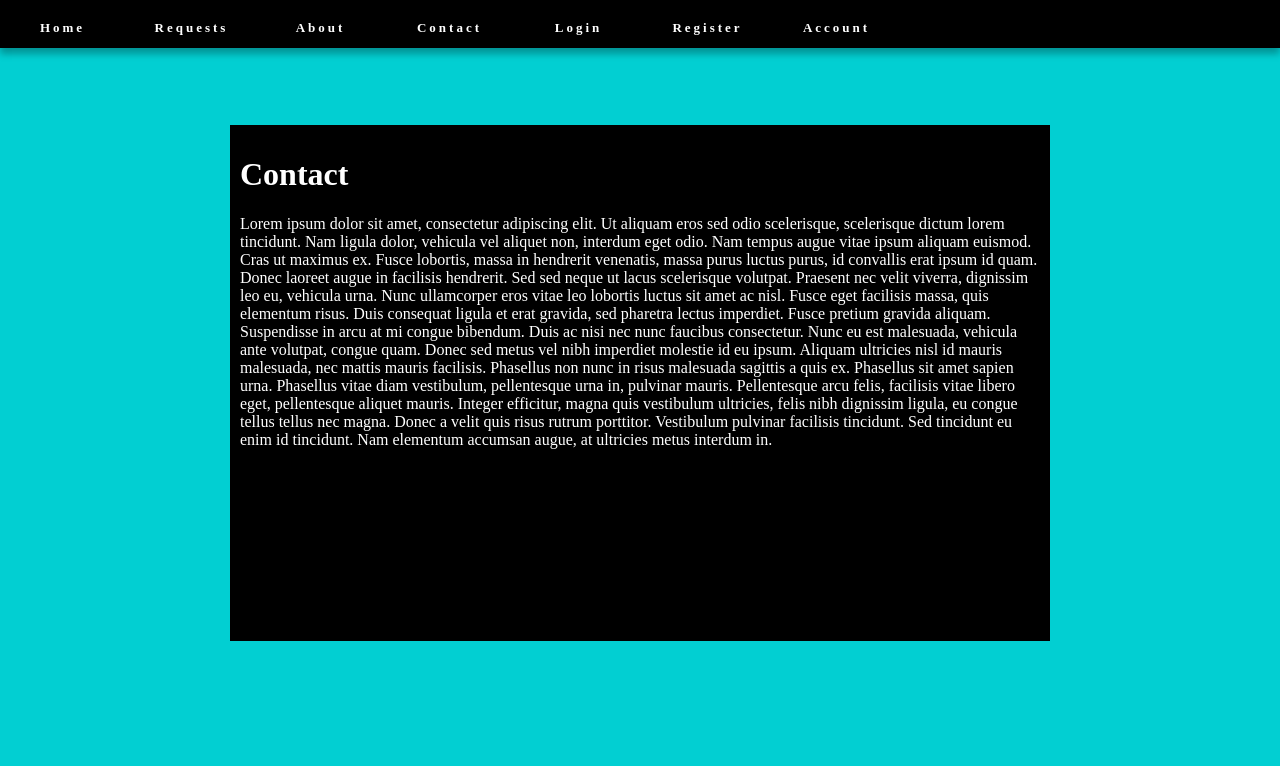
Repository: mailog/Tomorrow
Page: http://localhost/contact
These files come from the project's save history. The page is drawn as it stood at one moment and after the next save; the edit follows.
The browser window is 1280 px wide. The pictures show the whole page.
The page is this project's Thymeleaf template; nobody is signed in. The template is opened directly, without the code that normally fills it, so the values that code supplies are empty.

Above is the page before, as saved 2017-07-30 03:46:35.

### Tomorrow/src/main/resources/templates/contact.html
<html xmlns:th="http://www.thymeleaf.org">
<head>
<title>Contact</title>
<link rel="stylesheet" type="text/css" href="/css/toolbar.css" />
<link rel="stylesheet" type="text/css" href="/css/contact.css" />
<link rel="stylesheet" type="text/css" href="/css/label.css" />
</head>
<body>

<div class = "toolbar">
	<a href = "/">
		<button class = "tool_button"> Home </button>
	</a>
	<a href = "/requests">
		<button class = "tool_button"> Requests </button>
	</a>
	<a href = "/about">
		<button class = "tool_button"> About </button>
	</a>
	<a href = "/contact">
		<button class = "tool_button"> Contact </button>
	</a>
	<a href = "/login">
		<button class = "tool_button"> Login </button>
	</a>
	<a href = "/register">
		<button class = "tool_button"> Register </button>
	</a>
	<a href = "/account">
		<button class = "tool_button"> Account </button>
	</a>
</div>

<div id = "contact">
	<div class = "label">
		<h1>Contact</h1>
	</div>
	<div class = "label">
		<p>
	Lorem ipsum dolor sit amet, consectetur adipiscing elit. Ut aliquam eros sed odio scelerisque, scelerisque dictum lorem tincidunt. Nam ligula dolor, vehicula vel aliquet non, interdum eget odio. Nam tempus augue vitae ipsum aliquam euismod. Cras ut maximus ex. Fusce lobortis, massa in hendrerit venenatis, massa purus luctus purus, id convallis erat ipsum id quam. Donec laoreet augue in facilisis hendrerit. Sed sed neque ut lacus scelerisque volutpat. Praesent nec velit viverra, dignissim leo eu, vehicula urna. Nunc ullamcorper eros vitae leo lobortis luctus sit amet ac nisl. Fusce eget facilisis massa, quis elementum risus. Duis consequat ligula et erat gravida, sed pharetra lectus imperdiet. Fusce pretium gravida aliquam. Suspendisse in arcu at mi congue bibendum. Duis ac nisi nec nunc faucibus consectetur. Nunc eu est malesuada, vehicula ante volutpat, congue quam.

	Donec sed metus vel nibh imperdiet molestie id eu ipsum. Aliquam ultricies nisl id mauris malesuada, nec mattis mauris facilisis. Phasellus non nunc in risus malesuada sagittis a quis ex. Phasellus sit amet sapien urna. Phasellus vitae diam vestibulum, pellentesque urna in, pulvinar mauris. Pellentesque arcu felis, facilisis vitae libero eget, pellentesque aliquet mauris. Integer efficitur, magna quis vestibulum ultricies, felis nibh dignissim ligula, eu congue tellus tellus nec magna. Donec a velit quis risus rutrum porttitor. Vestibulum pulvinar facilisis tincidunt. Sed tincidunt eu enim id tincidunt. Nam elementum accumsan augue, at ultricies metus interdum in.
		</p>
	</div>
</div>

</body>
</html>

### Tomorrow/src/main/resources/static/css/toolbar.css
/*------------------STATIC------------------*/
/*------------------------------------------*/

/*-------------------BODY-------------------*/

	body{
		background-color: #02CFD2;
		color: white;
	}


/*------------------------------------------*/

/*---------------TOOLBAR--------------------*/
	.toolbar{
		width:100%;
		height: 48px;
		z-index: 1;
		opacity: 1;
		position: absolute;
		left: 0px;
		top: 0px;
		float: center;
		padding 0 0 0 0;
		margin-left:auto;
		margin-right:auto;
		background-color: black;
		-webkit-box-shadow: 0px 6px 7px 0px rgba(0,0,0,0.29);
		-moz-box-shadow: 0px 6px 7px 0px rgba(0,0,0,0.29);
		box-shadow: 0px 6px 7px 0px rgba(0,0,0,0.29);
	}

	.tool_button{
		height: 35px;
		width: 125px;
		display:inline;
		background-color: black;
		color:white;
		padding: 0px;
		font-family: Browalia-New;
		font-size: 13px;
		font-weight:bold;
		letter-spacing: 3px;
		border:none;
		cursor: pointer;
		margin-top: 10px;
		margin-bottom: 6px;
		margin-right: 0px;
		margin-left: 0px;
		border-bottom-style: none;
		text-decoration:none;
	}

	.tool_button:hover{
		text-decoration:none;
		border-bottom-style: solid;
		border-bottom-width:3px;
		border-bottom-color:#FFFFFF;
	}

	.toolbar a{
		text-decoration:none;
	}

/*------------------------------------------*/

/*-----------------BUTTONS------------------*/
	.introbtn{}

	.tutorialbtn{
	}

	.registerbtn{
	}

/*------------------------------------------*/

/*------------------INFO--------------------*/

/*------------------------------------------*/

### Tomorrow/src/main/resources/static/css/contact.css
#contact
{
	background-color:#000000;
	position: relative;
	margin: 125px auto;
	color:white;
	height:496px;
	width: 800px;
	padding: 10px;
}

### Tomorrow/src/main/resources/static/css/label.css
#about
{
	background-color:#C0966C;
	position: relative;
	margin: 125px auto;
	color:white;
	height:496px;
	width: 800px;
	padding: 10px;
	-webkit-box-shadow: 0px 0px 7px 7px rgba(0,0,0,0.29);
	-moz-box-shadow: 0px 0px 7px 7px rgba(0,0,0,0.29);
	box-shadow: 0px 0px 7px 7px rgba(0,0,0,0.29);
}

After the next save:
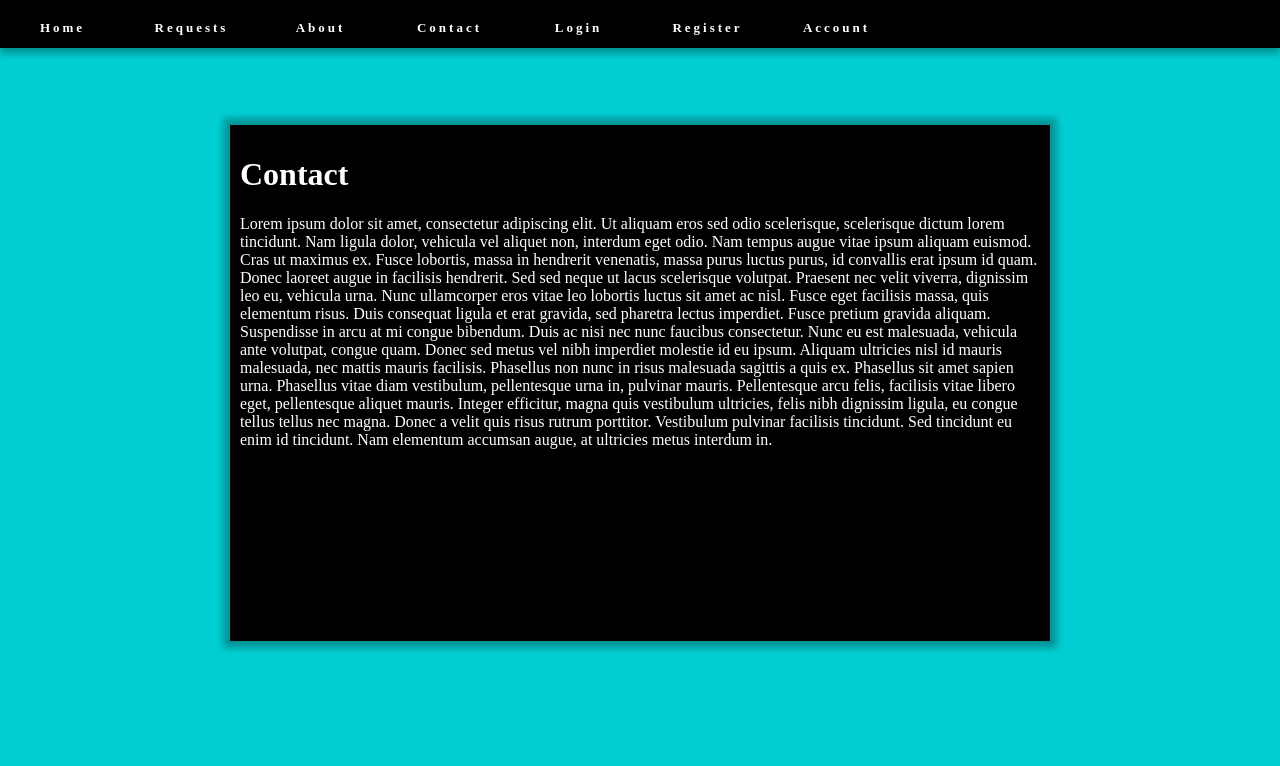
Saved 7 s later.
--- a/Tomorrow/src/main/resources/static/css/contact.css
+++ b/Tomorrow/src/main/resources/static/css/contact.css
@@ -7,4 +7,7 @@
 	height:496px;
 	width: 800px;
 	padding: 10px;
+	-webkit-box-shadow: 0px 0px 7px 7px rgba(0,0,0,0.29);
+	-moz-box-shadow: 0px 0px 7px 7px rgba(0,0,0,0.29);
+	box-shadow: 0px 0px 7px 7px rgba(0,0,0,0.29);
 }
